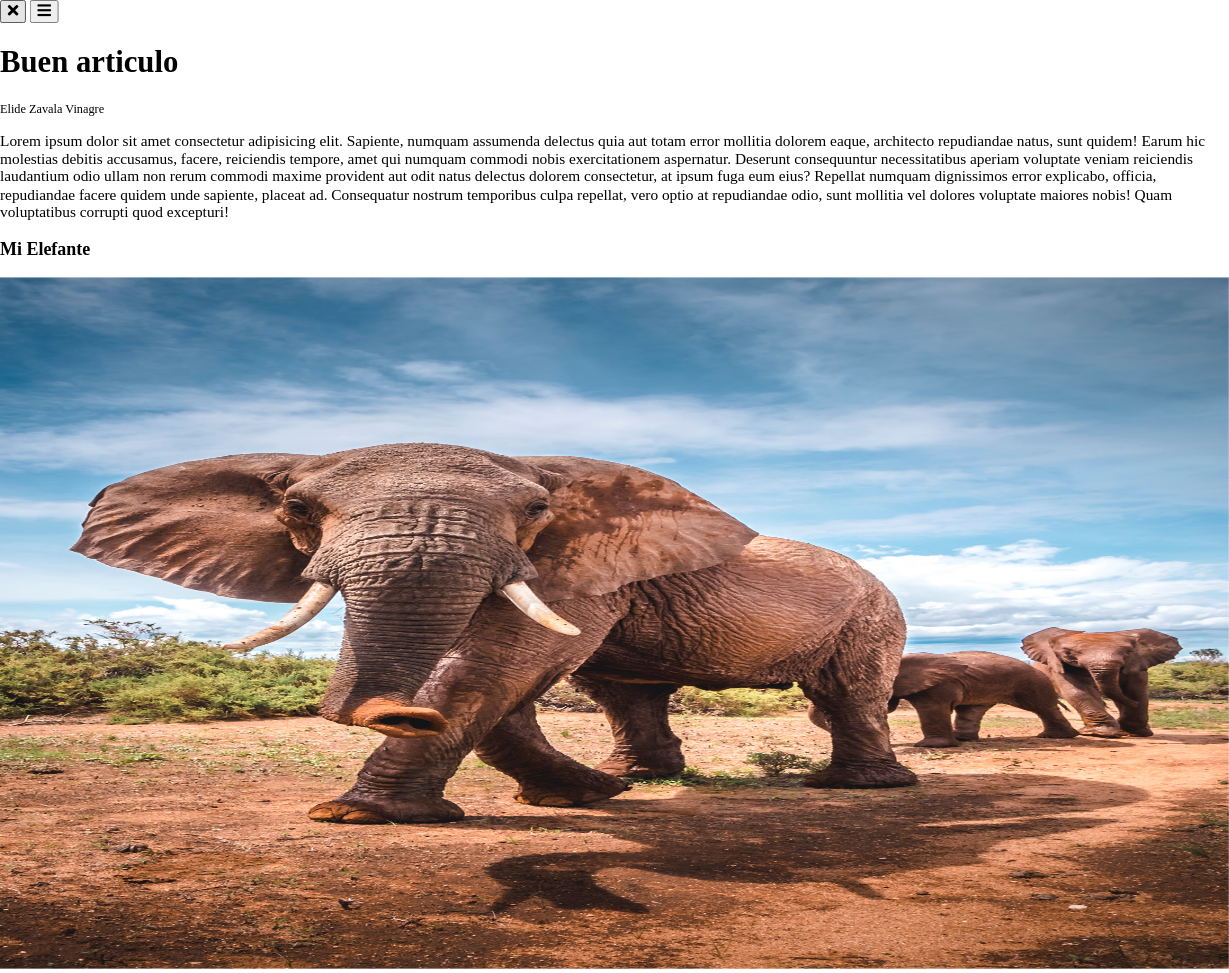
Repository: ElideZavala/Navagacion-en-rotacion
Page: index.html
These files come from the project's save history. The page is drawn as it stood at one moment and after the next save; the edit follows.
The browser window is 1280 px wide. The pictures show the whole page, at 96% of full size.

Above is the page before, as saved 2021-05-29 07:57:07.

### index.html
<!DOCTYPE html>
<html lang="en">
<head>
	<meta charset="UTF-8">
	<meta http-equiv="X-UA-Compatible" content="IE=edge">
	<meta name="viewport" content="width=device-width, initial-scale=1.0">
	<link rel="stylesheet" href="https://cdnjs.cloudflare.com/ajax/libs/font-awesome/5.15.3/css/all.min.css" integrity="sha512-iBBXm8fW90+nuLcSKlbmrPcLa0OT92xO1BIsZ+ywDWZCvqsWgccV3gFoRBv0z+8dLJgyAHIhR35VZc2oM/gI1w==" crossorigin="anonymous" referrerpolicy="no-referrer" />
	<link rel="stylesheet" href="style.css">
	<link rel="stylesheet" href="normalize.css">
	<title>Navegación Giratoria</title>
</head>
<body>
	<div class="container">
		<div class="circle-container">
			<div class="circle">
				<button id="close">
					<i class="fas fa-times"></i>
				</button>
				<button id="open">
					<i class="fas fa-bars"></i>
				</button>
			</div>
		</div>

		<div class="content">
			<h1>Buen articulo</h1>
			<small>Elide Zavala Vinagre</small>
			<p>Lorem ipsum dolor sit amet consectetur adipisicing elit. Sapiente, numquam assumenda delectus quia aut totam error mollitia dolorem eaque, architecto repudiandae natus, sunt quidem! Earum hic molestias debitis accusamus, facere, reiciendis tempore, amet qui numquam commodi nobis exercitationem aspernatur. Deserunt consequuntur necessitatibus aperiam voluptate veniam reiciendis laudantium odio ullam non rerum commodi maxime provident aut odit natus delectus dolorem consectetur, at ipsum fuga eum eius? Repellat numquam dignissimos error explicabo, officia, repudiandae facere quidem unde sapiente, placeat ad. Consequatur nostrum temporibus culpa repellat, vero optio at repudiandae odio, sunt mollitia vel dolores voluptate maiores nobis! Quam voluptatibus corrupti quod excepturi!</p>

			<h3>Mi Elefante</h3>
			<img class="img" src="./Elefante.jpg" alt="" srcset="">
		</div>
	</div>



	<script src="./script.js"></script>
</body>
</html>

### style.css
body{
	box-sizing: border-box;
}

.img{
	width: 100vw;
	height: 100vh;
}

Loaded but not shown: normalize.css (library); script.js (no stored copy; drawn as an empty file)

After the next save:
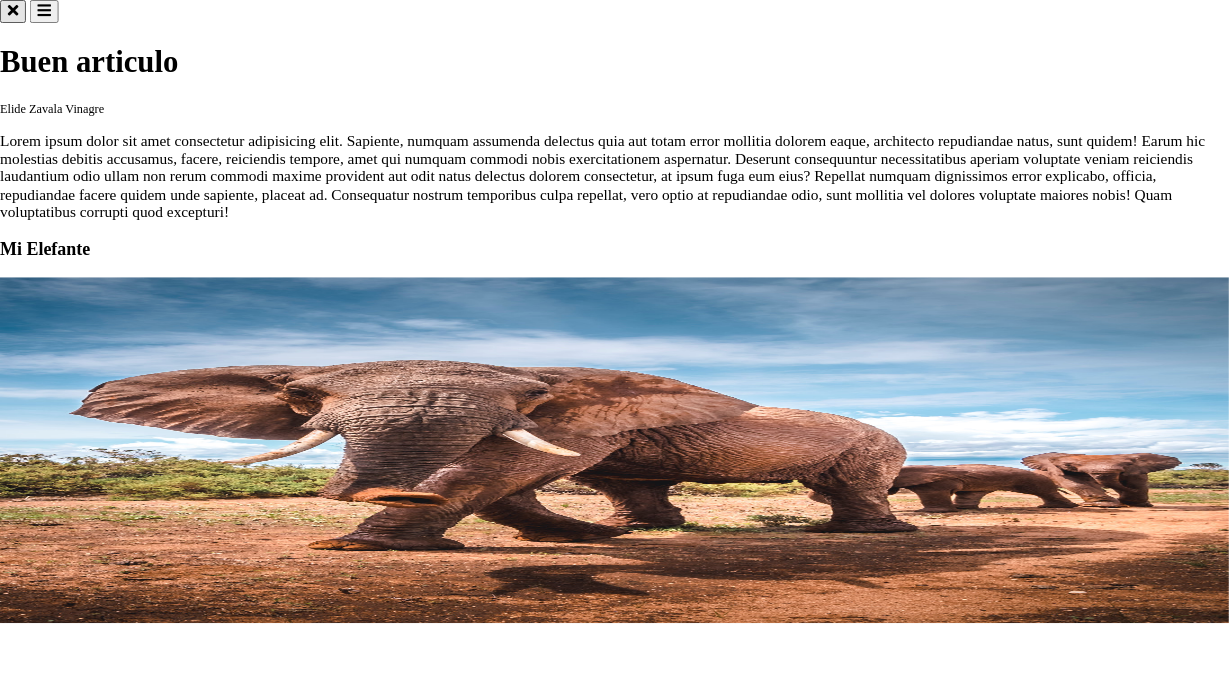
Saved 4 s later.
--- a/style.css
+++ b/style.css
@@ -4,5 +4,5 @@ body{
 
 .img{
 	width: 100vw;
-	height: 100vh;
+	height: 50vh;
 }
